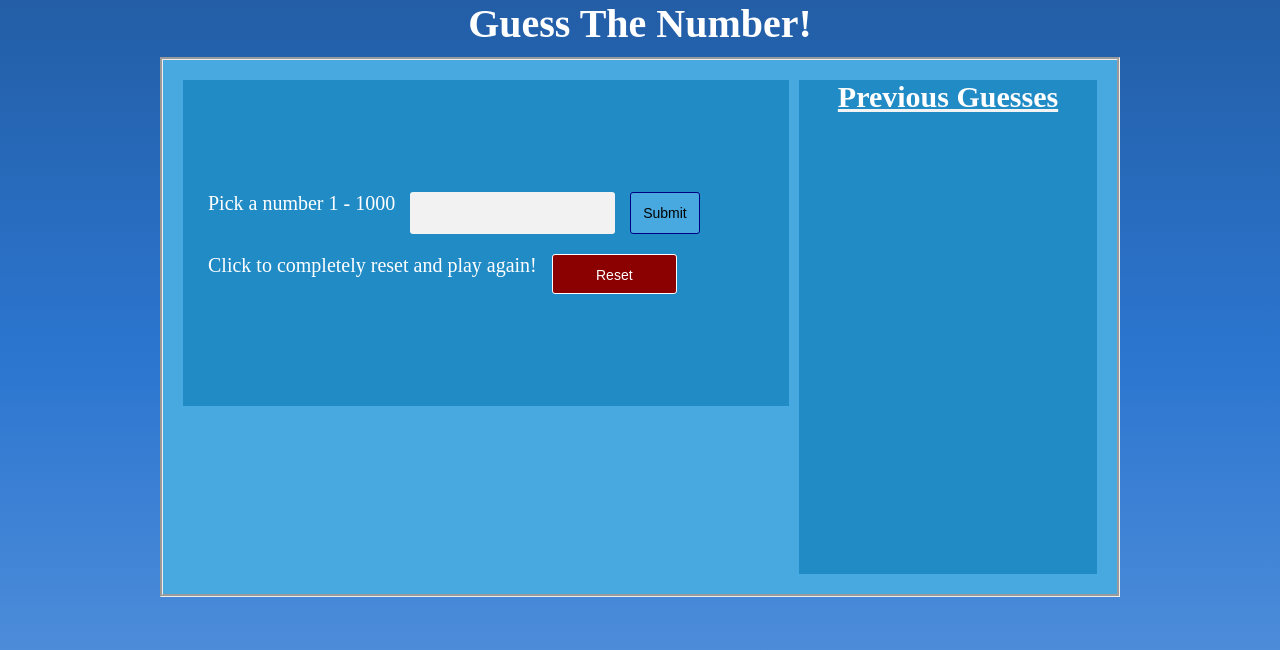
Repository: mlmEFSC21/P15-Modified-Guessing-Game
Page: guess.html
The author's editor kept a copy of each file at every save. The page is drawn from the files as they stood at one save, then again after the next save.
The browser window is 1280 px wide. The pictures show the whole page.

Above is the page before, as saved 2022-03-23 14:14:33.

After the next save:
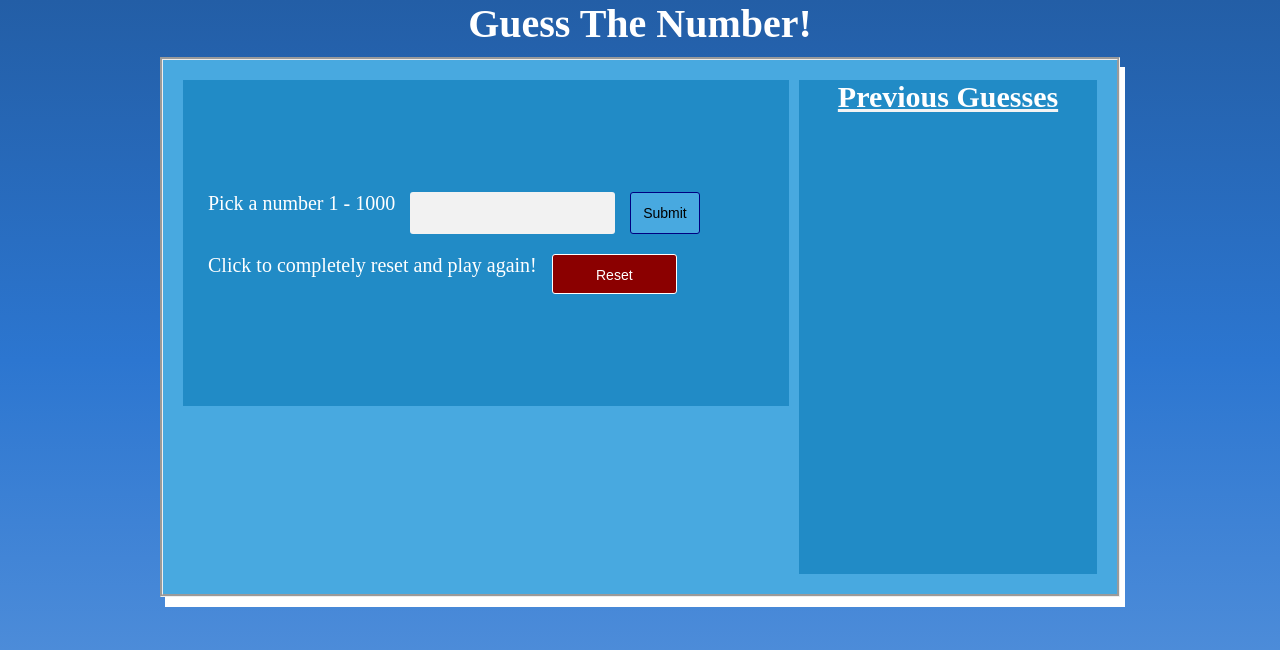
Saved 2 min 44 s later.
--- a/guess.css
+++ b/guess.css
@@ -36,6 +36,7 @@
     align-items: center;
     justify-content: center;
     border: groove;
+    box-shadow: 5px 10px;
 }
 .results {
     background-color: var(--clr-primary);

After the save that followed:
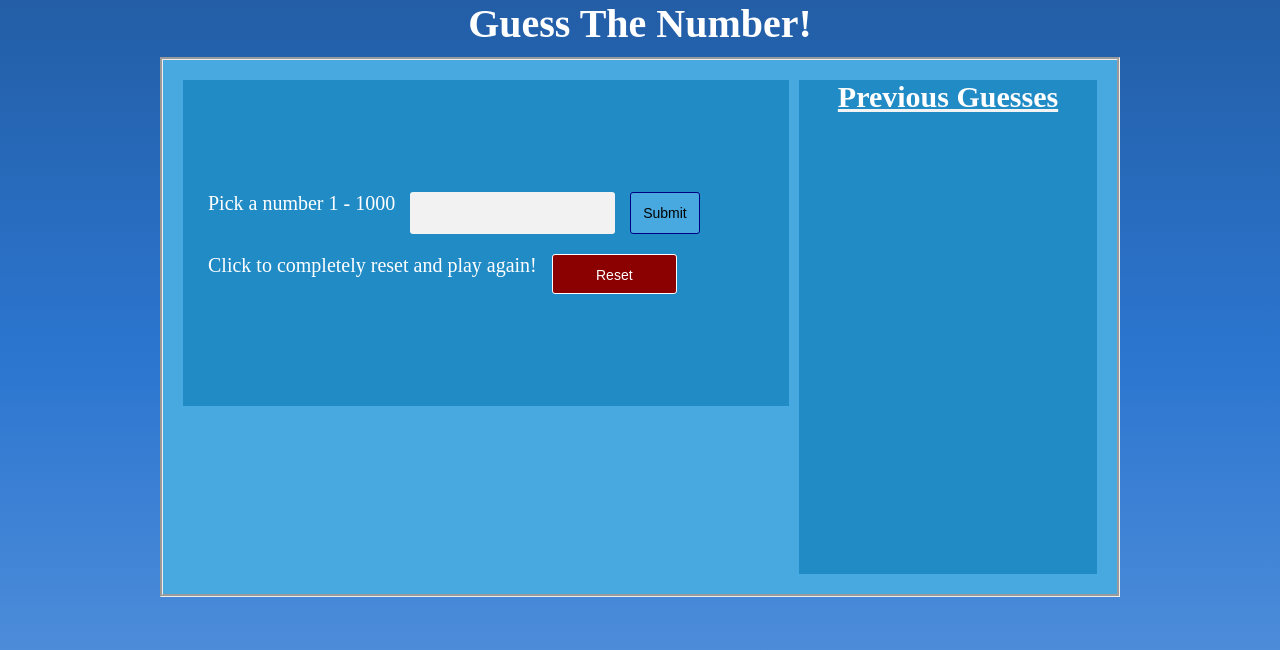
Saved 21 s later.
--- a/guess.css
+++ b/guess.css
@@ -36,7 +36,7 @@
     align-items: center;
     justify-content: center;
     border: groove;
-    box-shadow: 5px 10px;
+    box-shadow: 5px 5px 5 black;
 }
 .results {
     background-color: var(--clr-primary);
